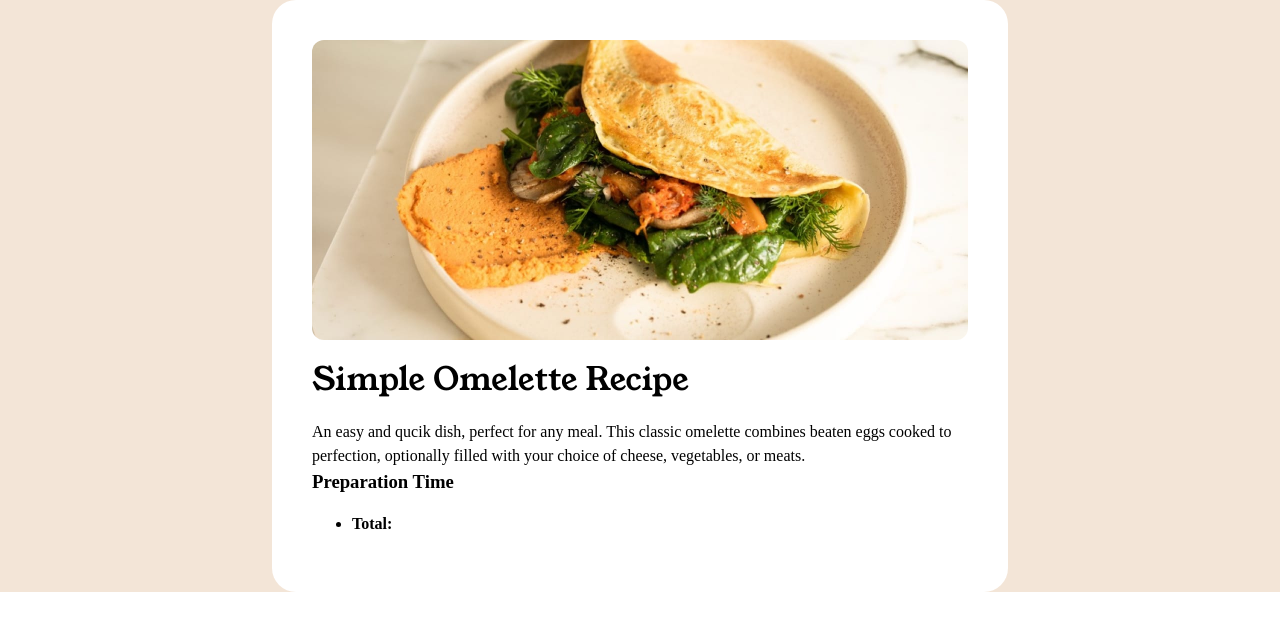
Repository: brandontaylor1/recipe-page
Page: index.html
An editor plug-in stored every save of this project. The page is shown before and after the next save, followed by the edit.
The browser window is 1280 px wide. The pictures show the whole page.

Above is the page before, as saved 2024-12-28 21:50:56.

After the next save:
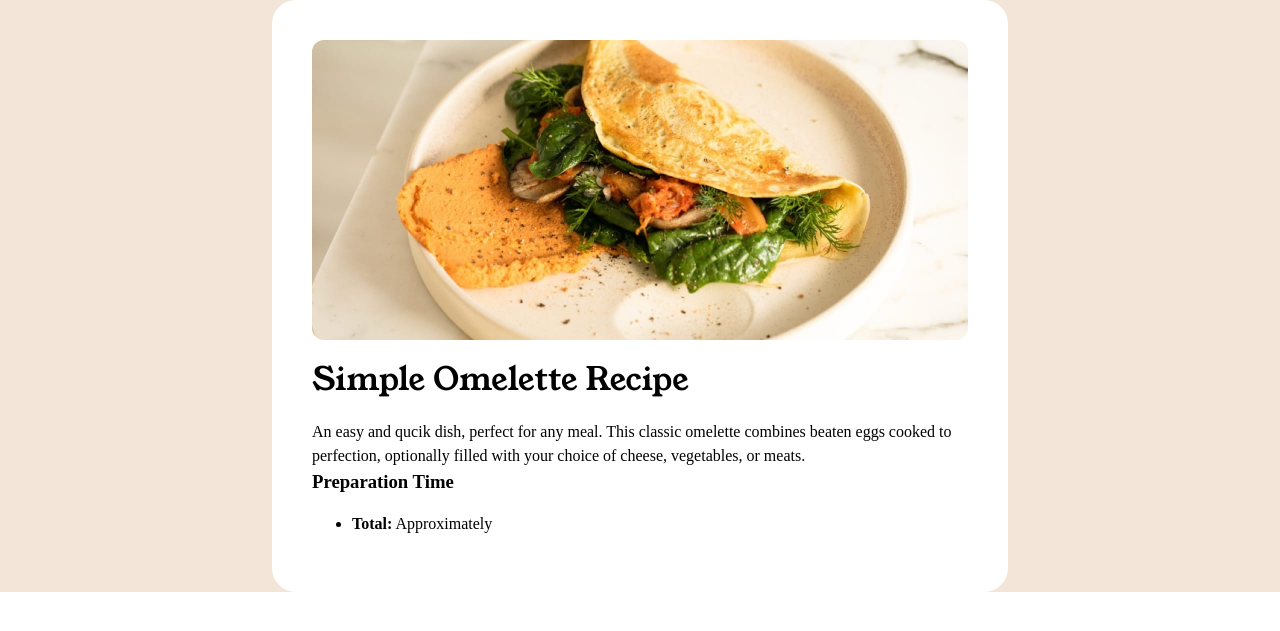
Saved 5 s later.
--- a/index.html
+++ b/index.html
@@ -20,7 +20,7 @@
             <div class="preparation-container">
                 <h3>Preparation Time</h3>
                 <ul>
-                    <li><strong>Total:</strong></li>
+                    <li><strong>Total:</strong> Approximately</li>
                 </ul>
             </div>
         </div>
